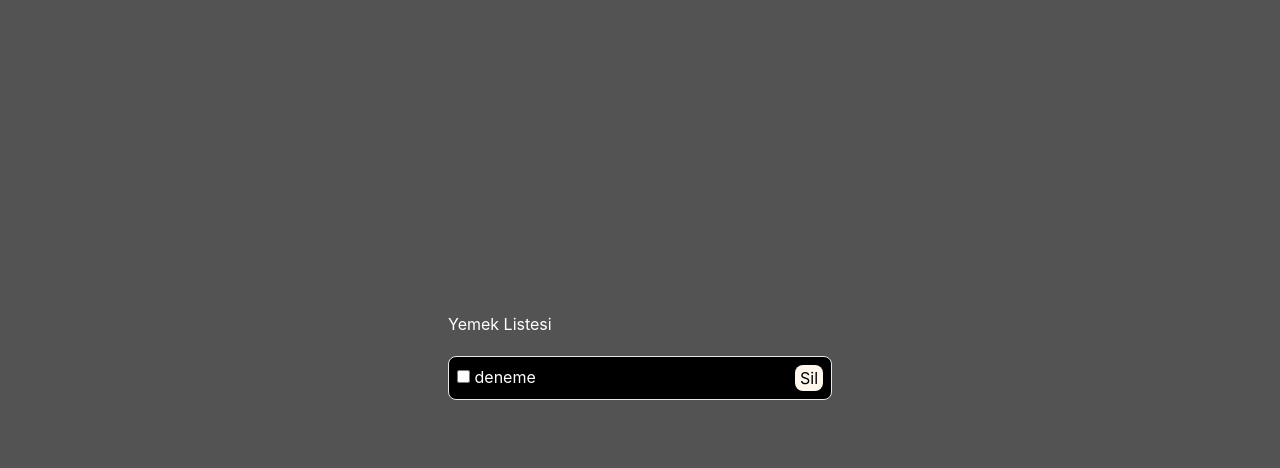
Repository: muratyildiz63/Composition-API-Nedir-todo-list
Page: /
The author's editor kept a copy of each file at every save. The page is drawn from the files as they stood at one save, then again after the next save.
The browser window is 1280 px wide. The pictures show the whole page.
The project was rebuilt for these pictures with package versions that can differ from the ones it lists, and the page was loaded fresh each time. Also part of the build but not shown: vite.config.js.

Above is the page before, as saved 2022-08-16 06:42:16.

After the next save:
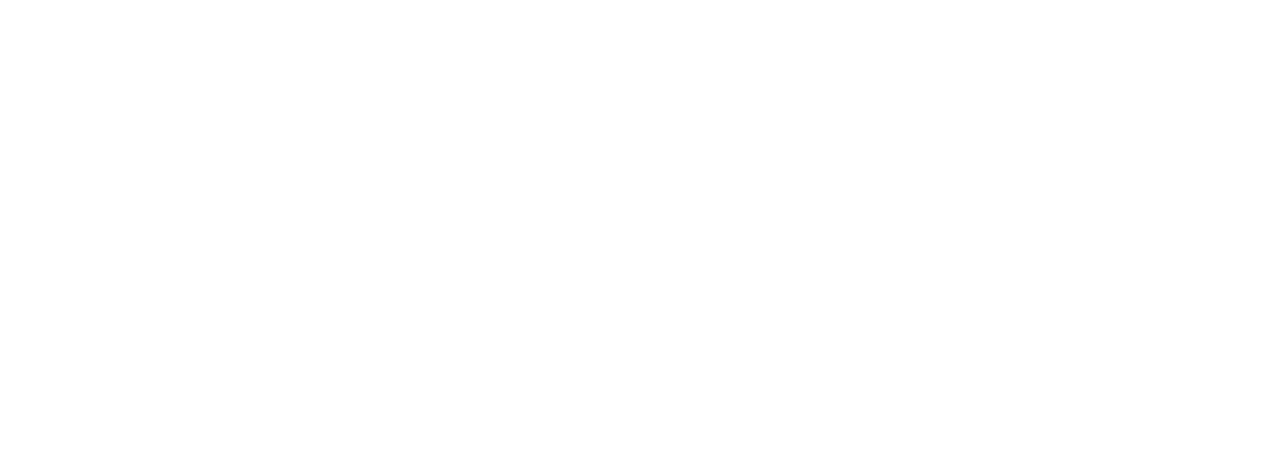
Console error: ReferenceError: addTodo is not defined
Saved 28 s later.
--- a/src/App.vue
+++ b/src/App.vue
@@ -35,3 +35,13 @@
     </div>
   </div>
 </template>
+
+<script>
+
+export default{
+  components:{
+    addTodo
+  }
+}
+
+</script>

After the save that followed:
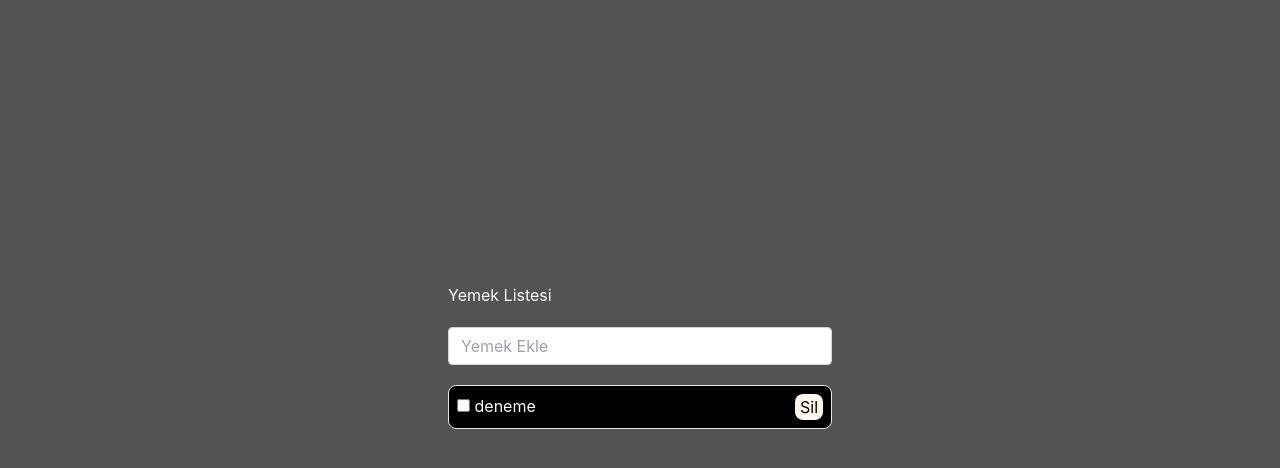
The error is gone.
Saved 50 s later.
--- a/src/App.vue
+++ b/src/App.vue
@@ -37,7 +37,7 @@
 </template>
 
 <script>
-
+import addTodo from "@/components/addTodo"
 export default{
   components:{
     addTodo
